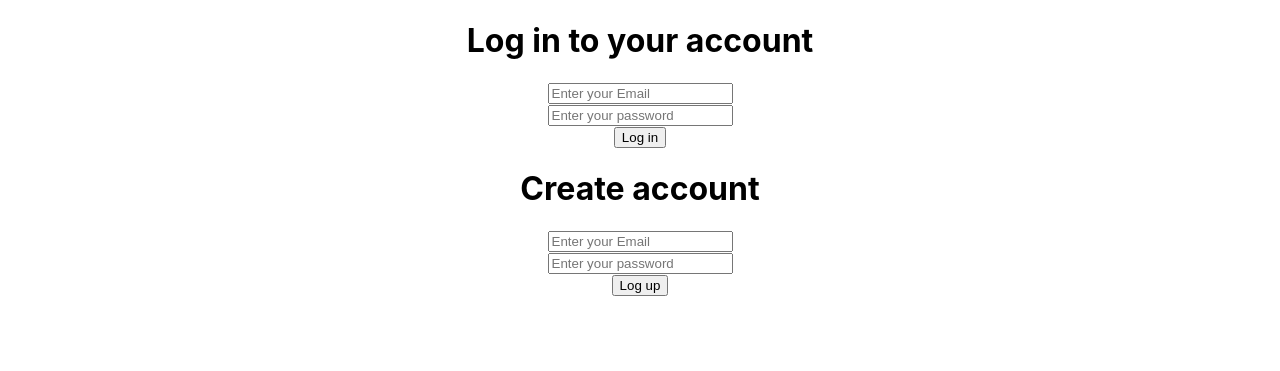
Repository: krmvz/BEMath.kg
Page: /
An editor plug-in stored every save of this project. The page is shown before and after a run of saves, followed by the edit.
The browser window is 1280 px wide. The pictures show the whole page.
The project was rebuilt for these pictures with package versions that can differ from the ones it lists, and the page was loaded fresh each time.

Above is the page before, as saved 2023-10-07 21:50:33.

After the next 7 saves:
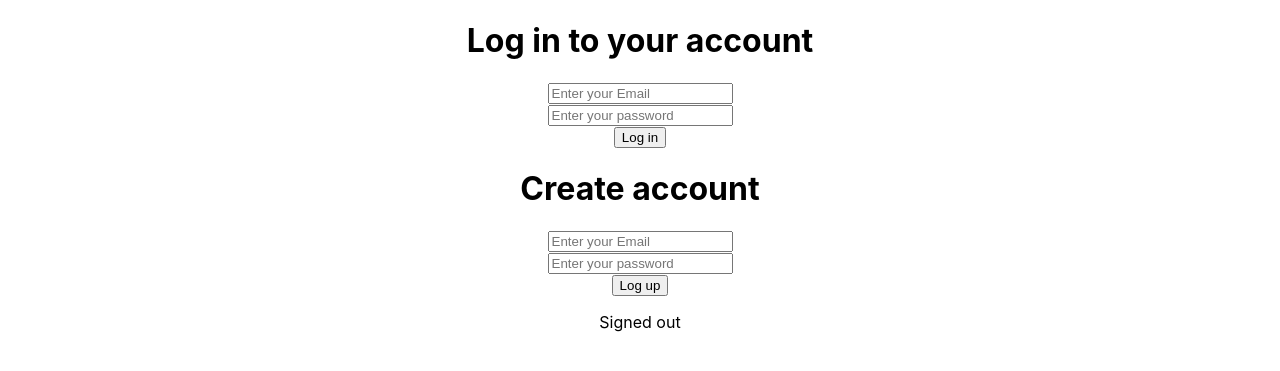
The 7 saves are shown as one change because 1 did not build or start and some came seconds apart.
The last was saved 56 s later.
--- a/src/App.js
+++ b/src/App.js
@@ -2,12 +2,14 @@ import logo from './logo.svg';
 import './App.css';
 import SignIn from './components/auth/SignIn';
 import SignUp from './components/auth/SignUp';
+import AuthDetails from './components/AuthDetails';
 
 function App() {
   return (
     <div className="App">
       <SignIn/>
       <SignUp/>
+      <AuthDetails/>
     </div>
   );
 }
